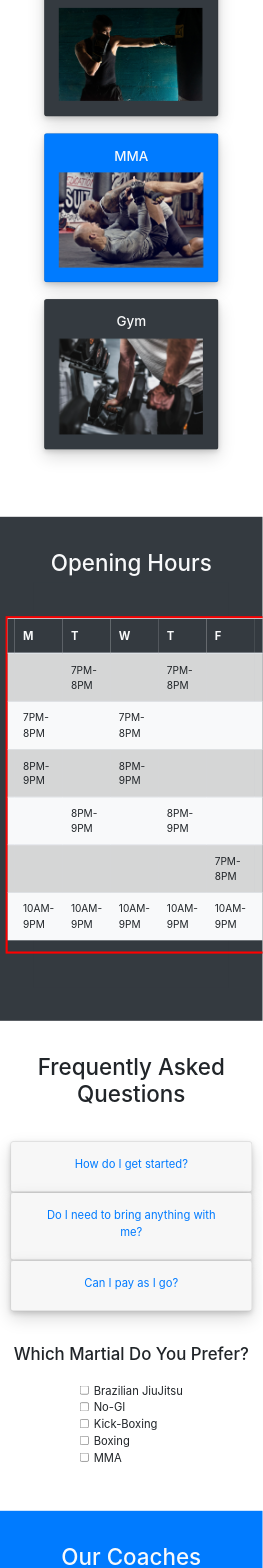
Repository: IonPara/Just-Fight
Page: index.html
An editor plug-in stored every save of this project. The page is shown before and after the next save, followed by the edit.
The browser window is 375 px wide. The pictures show the part of the page from y = 1516 to 3756 px (the page is 6078 px tall), at 70% of full size.
Some web libraries are served in a nearby version.

Above is the page before, as saved 2023-03-13 16:00:54.

After the next save:
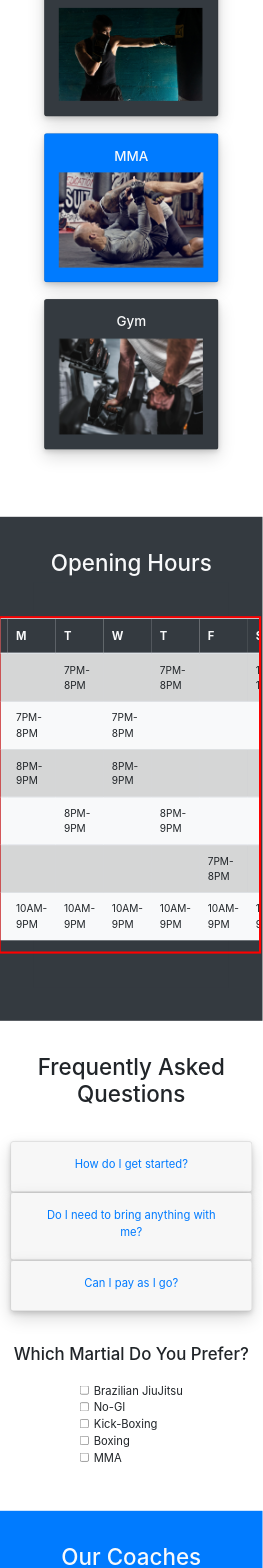
Saved 5 s later.
--- a/Styles/styles.css
+++ b/Styles/styles.css
@@ -157,7 +157,7 @@ footer p{
 
     .table-container {
         margin-right: 100px !important;
-        margin-left: -40px;
+        margin-left: -50px;
     }
 
 }
